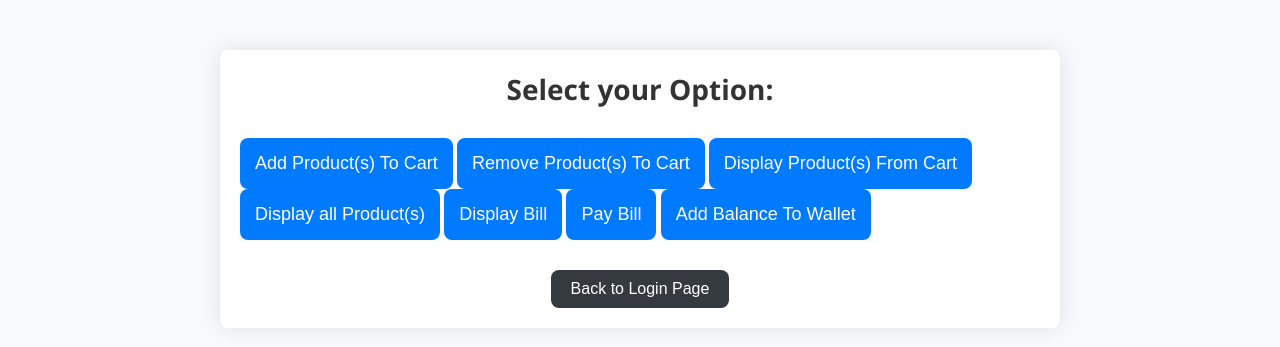
Repository: palakbari/Spring-MVC
Page: http://localhost/ShoppingSystem/customer_menu.jsp
The author's editor kept a copy of each file at every save. The page is drawn from the files as they stood at one save, then again after the next save.
The browser window is 1280 px wide. The pictures show the whole page.
The page is served by Tomcat 9.

Above is the page before, as saved 2024-06-06 05:44:05.

After the next save:
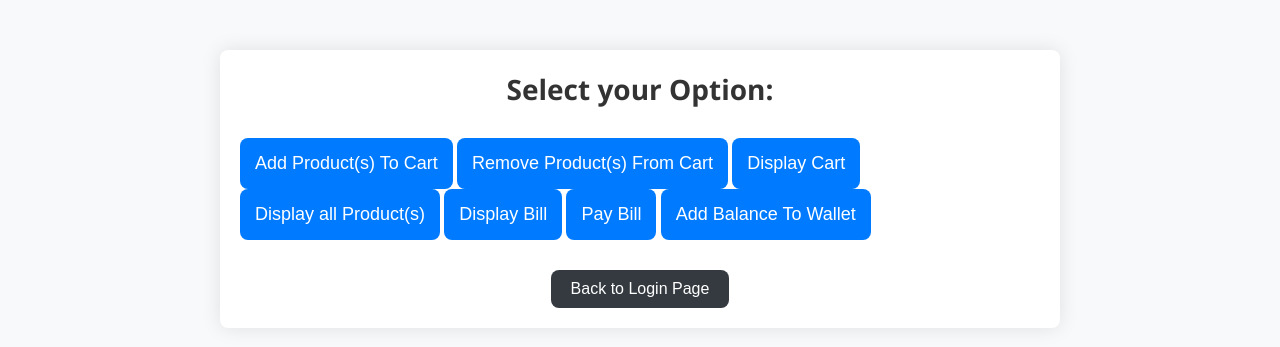
Saved 24 min 51 s later.
--- a/ShoppingSystem/src/main/webapp/customer_menu.jsp
+++ b/ShoppingSystem/src/main/webapp/customer_menu.jsp
@@ -77,8 +77,8 @@
         <div class="button-container">
             <form action="customer">
                 <button onclick="form.action='addProductsToCart'" class="button">Add Product(s) To Cart</button>
-                <button onclick="form.action='removeProductsFromCart'" class="button">Remove Product(s) To Cart</button>
-                <button onclick="form.action='displayProductsFromCart'" class="button">Display Product(s) From Cart</button>
+                <button onclick="form.action='removeProductsFromCart'" class="button">Remove Product(s) From Cart</button>
+                <button onclick="form.action='displayProductsFromCart'" class="button">Display Cart</button>
                 <button onclick="form.action='displayProductsToCustomer'" class="button">Display all Product(s)</button>
                 <button onclick="form.action='displayBill'" class="button">Display Bill</button>
                 <button onclick="form.action='payBill'" class="button">Pay Bill</button>
